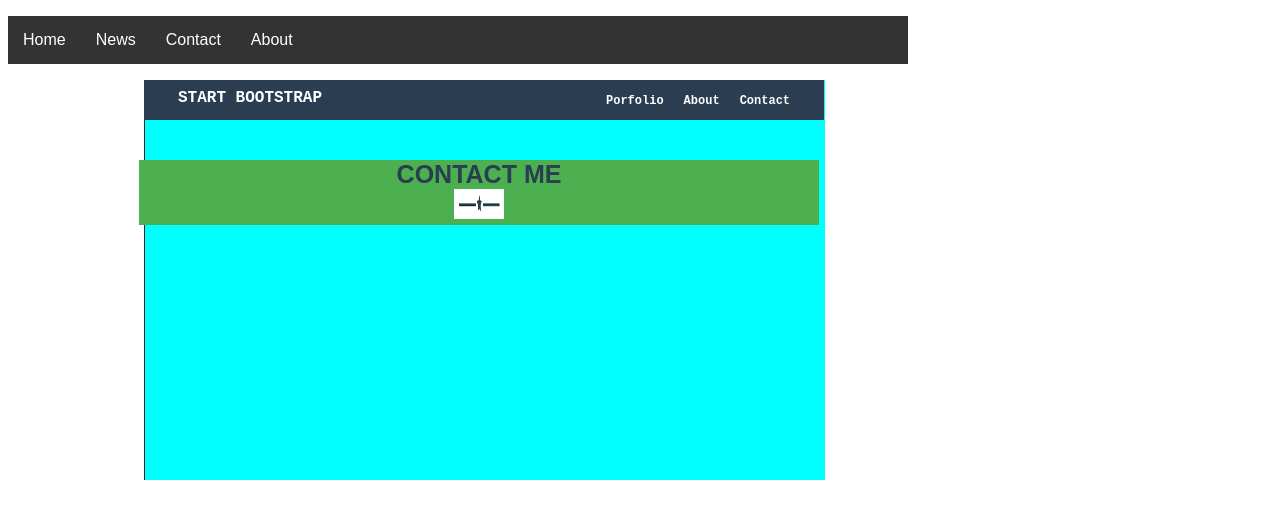
Repository: LongNguyen2504/T3H-FrondEnd
Page: Lesson3_CSS_HomeWork3.html
An editor plug-in stored every save of this project. The page is shown before and after the next save, followed by the edit.
The browser window is 1280 px wide. The pictures show the whole page.

Above is the page before, as saved 2021-12-01 23:11:43.

### Lesson3_CSS_HomeWork3.html
<!DOCTYPE html>
<html lang="en">
<head>
    <meta charset="UTF-8">
    <meta http-equiv="X-UA-Compatible" content="IE=edge">
    <meta name="viewport" content="width=device-width, initial-scale=1.0">
    <title>Document</title>
    <link rel="stylesheet" href="Lesson3_CSS_HomeWork3.css">
</head>
<body>
    <div class="ancestor-div">
        <div class="menu-div">
            <div class="menu-content">
                <ul class="ul-menu">
                    <li class="li-menu"><a class="a-menu" href="#1">Home</a></li>
                    <li class="li-menu"><a class="a-menu" href="#1">News</a></li>
                    <li class="li-menu"><a class="a-menu" href="#1">Contact</a></li>
                    <li class="li-menu"><a class="a-menu" href="#1">About</a></li>
                </ul>
            </div>
        </div>
        <div class="nested-div">
            <div class="menu-bootstrap">
                <div class="menu-bootstrap-content1">
                    START BOOTSTRAP
                </div>
                <div class="menu-bootstrap-content2">
                    <ul class="ul-menu">
                        <li class="li-menu"><a class="a-menu-2" href="#1">Porfolio</a></li>
                        <li class="li-menu"><a class="a-menu-2" href="#1">About</a></li>
                        <li class="li-menu"><a class="a-menu-2" href="#1">Contact</a></li>

                    </ul>
                </div>
                <div class="contact-me-div">
                    CONTACT ME <br>
                    <img src="Lesson3_CSS_HomeWork3_img.GIF" alt="star-dash" style="width: 50px;height:30px ;">
                </div>
            </div>
        </div>
    </div>
</body>
</html>

### Lesson3_CSS_HomeWork3.css
div.ancestor-div{
    width: 900px;
    height: 400px;
    font-family: Arial, Helvetica, sans-serif;
}
div.menu-div{
    height: 48px;
    background-color: #333333 ;
}
div.menu-content{
    position: relative;
    left: -40px;
    width: 800px;
    height: 48px;
}
div.nested-div{
    width: 680px;
    height: 400px;
    background-color: aqua;
    position: absolute;
    left: 144px;
    top: 80px;
    border-left: 1px solid #2a2a2a;
}
div.menu-bootstrap{
    width: 680px;
    height: 40px;
    background-color: #2a3d51;
    position: relative;
    left: -1px;
}
div.menu-bootstrap-content1{
    width: 200px;
    height: 30px;
    position: absolute;
    left: 6px;
    top: 9px;

    text-align: center;
    color: white;
    font-weight: bold;
    font-family: 'Courier New', Courier, monospace;
}
div.menu-bootstrap-content2{
    width: 300px;
    height: 30px;
    position: absolute;
    left: 412px;

    top: -12px;

}
div.contact-me-div{
    position: relative;
    top: 80px;
    left: -5px;
    background-color: #4caf50;
    text-align: center;
    font-family: Arial, Helvetica, sans-serif;
    font-size: 25px;
    font-weight: bold;
    color: #2a3d51;
}
ul.ul-menu{
    list-style-type: none;

}
.li-menu {
 float: left;
}
a.a-menu{
    display: inline-block;
    padding: 15px;
    color: white;
    text-decoration: none;
    text-align: center;

}
.a-menu:hover{
    background-color: #4caf50;
}
a.a-menu-2{
    display: inline-block;
    padding: 10px;
    text-align: center;
    color: white;
    text-decoration: none;
    font-size: 12px;
    font-family: 'Courier New', Courier, monospace;
    font-weight: bold;
}
a.a-menu-2:hover{
    background-color: #19232f;
}

After the next save:
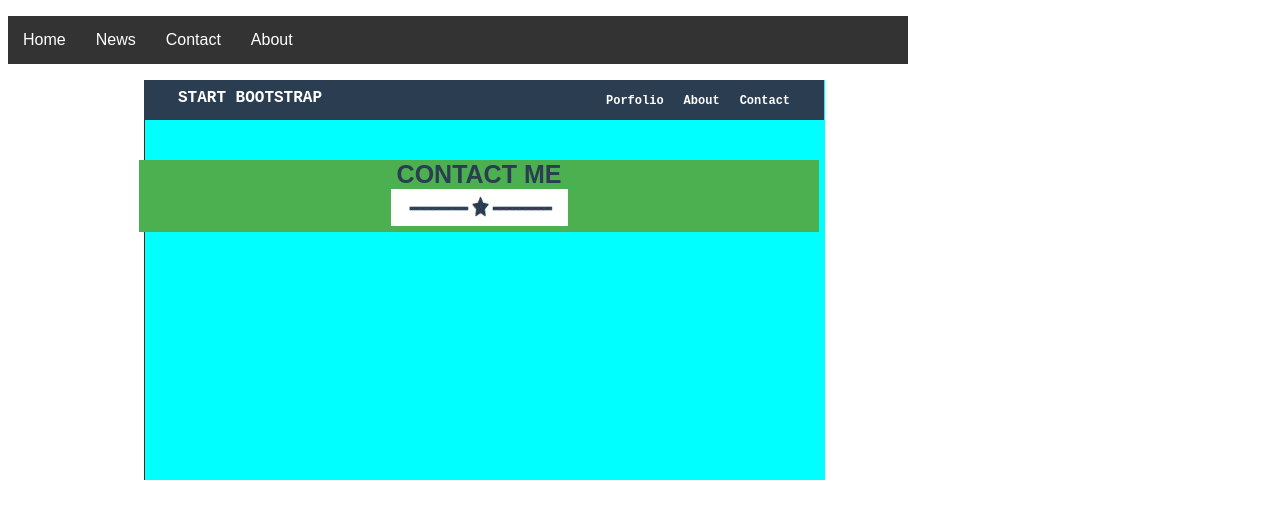
Saved 80 s later.
--- a/Lesson3_CSS_HomeWork3.html
+++ b/Lesson3_CSS_HomeWork3.html
@@ -34,7 +34,7 @@
                 </div>
                 <div class="contact-me-div">
                     CONTACT ME <br>
-                    <img src="Lesson3_CSS_HomeWork3_img.GIF" alt="star-dash" style="width: 50px;height:30px ;">
+                    <img src="Lesson3_CSS_HomeWork3_img.GIF" alt="star-dash" style="width: 177px;height:37px ;">
                 </div>
             </div>
         </div>
